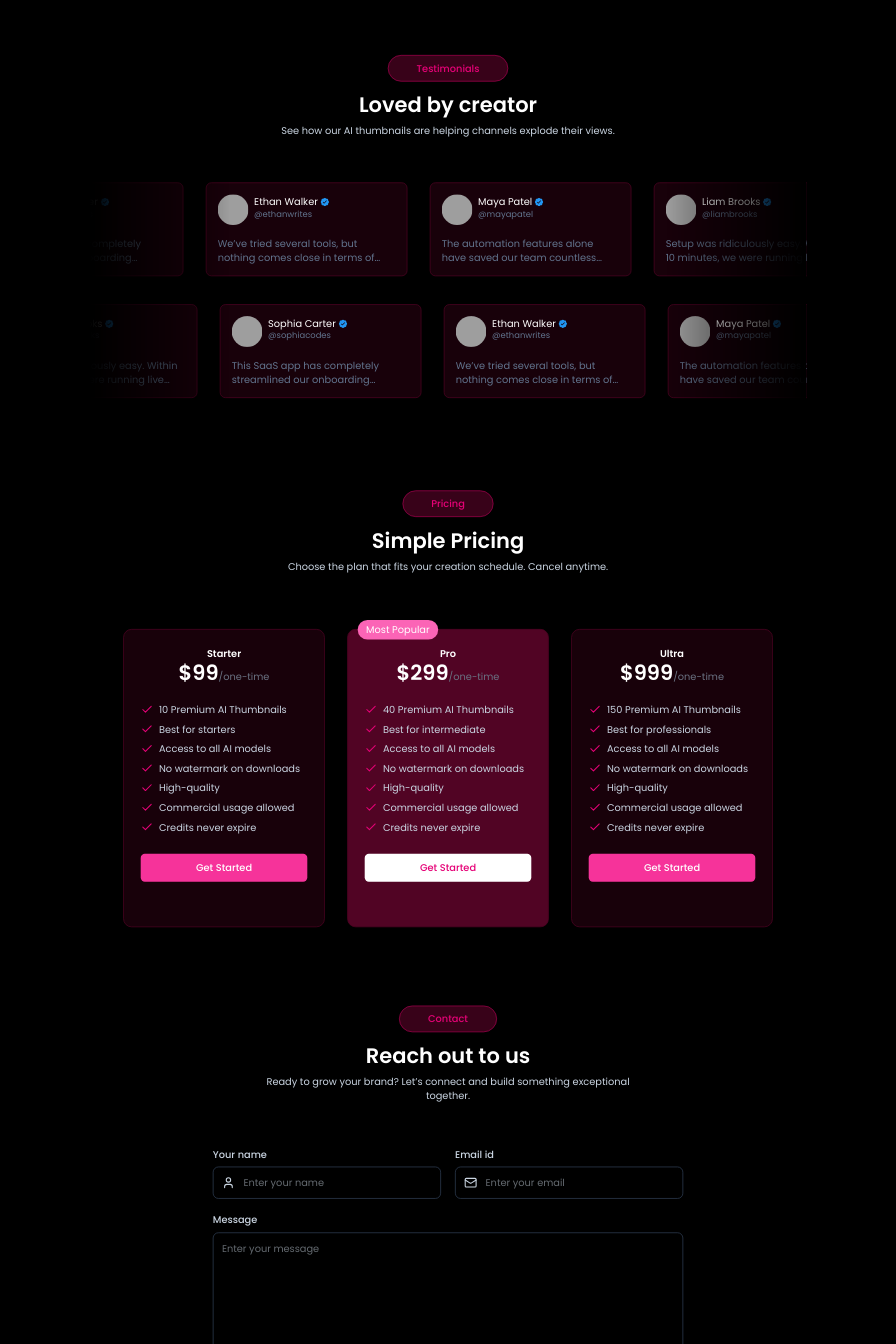
Repository: abhiraj33181/Thumblify
Page: / (app in client/)
The author's editor kept a copy of each file at every save. The page is drawn from the files as they stood at one save, then again after a run of saves.
The browser window is 1280 px wide. The pictures show the part of the page from y = 2632 to 4552 px (the page is 5382 px tall), at 70% of full size.
Pictures or frames that could not be fetched are drawn as grey boxes. The project was rebuilt for these pictures with package versions that can differ from the ones it lists, and the page was loaded fresh each time. Also part of the build but not shown: client/vite.config.ts.

Above is the page before, as saved 2026-01-08 09:57:22.

After the next 2 saves:
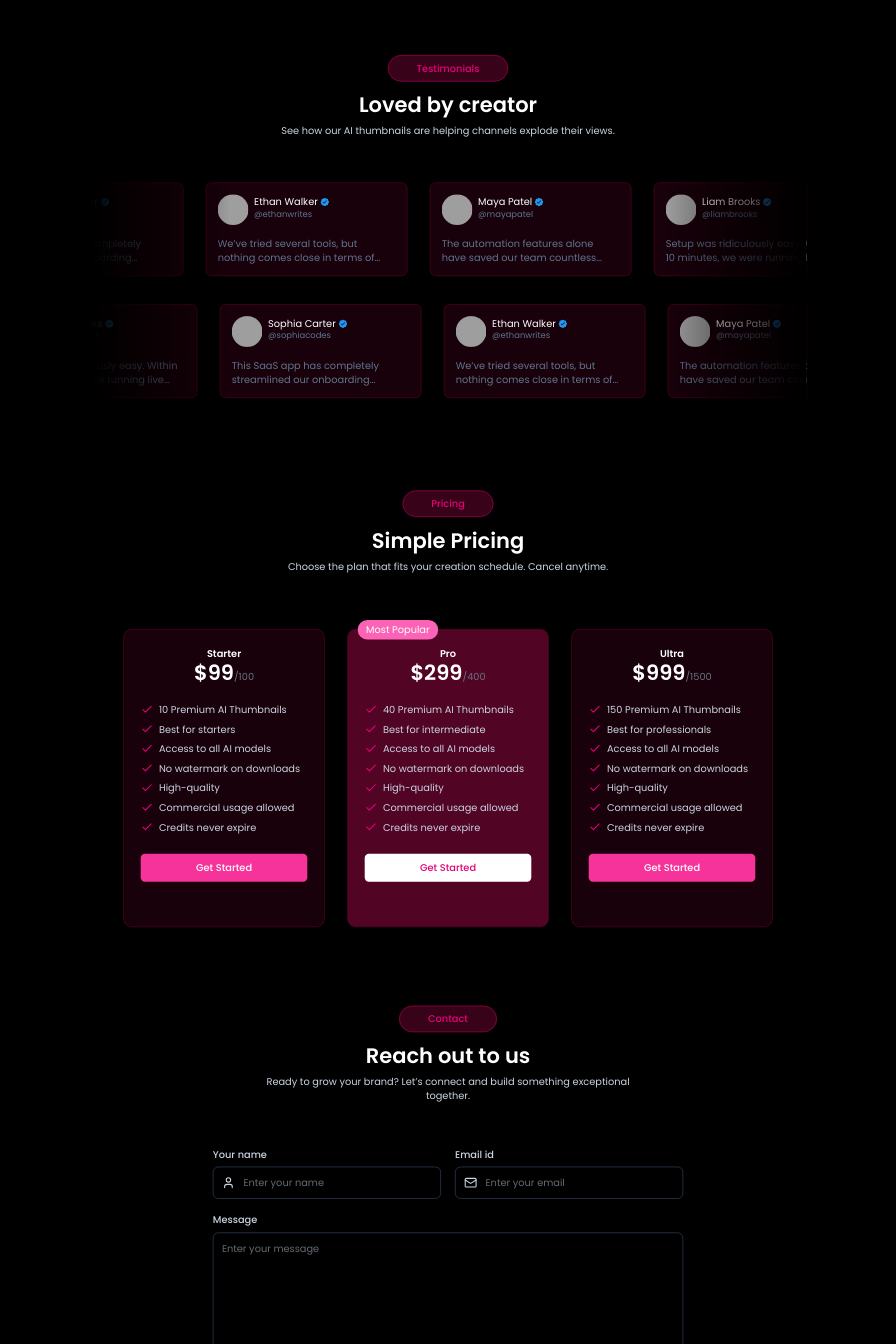
The 2 saves are shown as one change because they came seconds apart.
The last was saved 2 min 11 s later.
--- a/client/src/sections/PricingSection.tsx
+++ b/client/src/sections/PricingSection.tsx
@@ -22,7 +22,7 @@ export default function PricingSection() {
                             <p className="absolute px-3 text-sm -top-3.5 left-3.5 py-1 bg-pink-400 rounded-full">Most Popular</p>
                         )}
                         <p className="font-semibold">{plan.name}</p>
-                        <h1 className="text-3xl font-semibold">${plan.price}<span className="text-gray-500 font-normal text-sm">/{plan.period}</span></h1>
+                        <h1 className="text-3xl font-semibold">${plan.price}<span className="text-gray-500 font-normal text-sm">/{plan.credits}</span></h1>
                         <ul className="list-none text-slate-300 mt-6 space-y-2">
                             {plan.features.map((feature, index) => (
                                 <li key={index} className="flex items-center gap-2">
